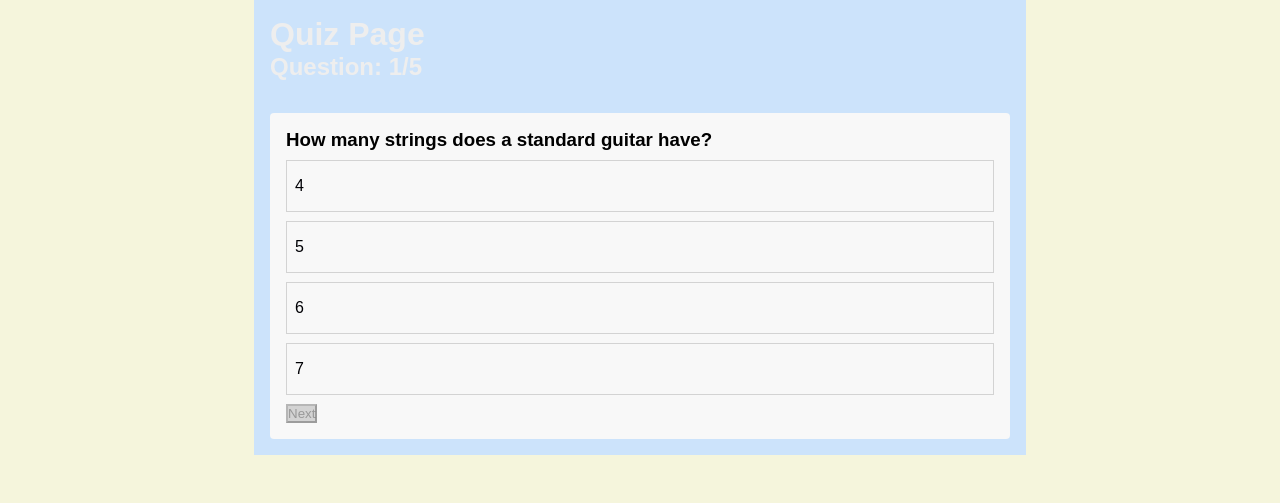
Repository: 1medi/pocketprof
Page: /quiz/page
An editor plug-in stored every save of this project. The page is shown before and after the next save, followed by the edit.
The browser window is 1280 px wide. The pictures show the whole page.
The project was rebuilt for these pictures with package versions that can differ from the ones it lists, and the page was loaded fresh each time. The framework's server and built-in components were replaced by stand-ins that run in the browser. Also part of the build but not shown: next.config.mjs.

Above is the page before, as saved 2024-04-07 00:27:28.

### pages/quiz/page.jsx
'use client';
import React, { useState } from 'react';
import { quiz } from "../data"
import styles from "./page.module.css"
import { Montserrat } from "next/font/google"
import Head from 'next/head';

const notoSans = Montserrat({
  subsets: ['latin'], // Specify any subsets, if needed
});
export default function Page() {
  const [activeQuestion, setActiveQuestion] = useState(0);
  const [selectedAnswer, setSelectedAnswer] = useState('');
  const [checked, setChecked] = useState(false);
  const [selectedAnswerIndex, setSelectedAnswerIndex] = useState(null);
  const [showResult, setShowResult] = useState(false);
  const [result, setResult] = useState({
    score: 0,
    correctAnswers: 0,
    wrongAnswers: 0,
  });

  const { questions } = quiz;
  const { question, answers, correctAnswer } = questions[activeQuestion];

  const onAnswerSelected = (answer, idx) => {
    setChecked(true);
    setSelectedAnswerIndex(idx);
    if (answer === correctAnswer) {
      setSelectedAnswer(true);
      console.log('true');
    } else {
      setSelectedAnswer(false);
      console.log('false');
    }
  };

  // Calculate score and increment to next question
  const nextQuestion = () => {
    setSelectedAnswerIndex(null);
    setResult((prev) =>
      selectedAnswer
        ? {
            ...prev,
            score: prev.score + 5,
            correctAnswers: prev.correctAnswers + 1,
          }
        : {
            ...prev,
            wrongAnswers: prev.wrongAnswers + 1,
          }
    );
    if (activeQuestion !== questions.length - 1) {
      setActiveQuestion((prev) => prev + 1);
    } else {
      setActiveQuestion(0);
      setShowResult(true);
    }
    setChecked(false);
  };

  return (
    <>
        <div className={`${styles.container}`}>
      <h1 className={styles.title}>Quiz Page</h1>
      <div>
        <h2 className={styles.activeQ}>
          Question: {activeQuestion + 1}
          <span>/{questions.length}</span>
        </h2>
      </div>
      <div>
        {!showResult ? (
          <div className={styles.quizContainer}>
            <h3 className={styles.question}>{questions[activeQuestion].question}</h3>
            {answers.map((answer, idx) => (
              <li
                key={idx}
                onClick={() => onAnswerSelected(answer, idx)}
                className={`${styles.answerList} ${selectedAnswerIndex === idx ? styles.itemSelected : styles.itemHover}`}
              >
                <span>{answer}</span>
              </li>
            ))}
            {checked ? (
              <button onClick={nextQuestion} className={styles.btn}>
                {activeQuestion === question.length - 1 ? 'Finish' : 'Next'}
              </button>
            ) : (
              <button onClick={nextQuestion} disabled className={styles.btnDisabled}>
                {' '}
                {activeQuestion === question.length - 1 ? 'Finish' : 'Next'}
              </button>
            )}
          </div>
        ) : (
          <div className={styles.quizContainer}>
            <h3 className={styles.hthree}>Results</h3>
            <h3 className={styles.hthree}>Overall {(result.score / 25) * 100}%</h3>
            <p className={styles.paragraph}>
              Total Questions: <span>{questions.length}</span>
            </p>
            <p className={styles.paragraph}>
              Total Score: <span>{result.score}</span>
            </p>
            <p className={styles.paragraph}>
              Correct Answers: <span>{result.correctAnswers}</span>
            </p>
            <p className={styles.paragraph}>
              Wrong Answers: <span>{result.wrongAnswers}</span>
            </p>
            <button className={styles.btn} onClick={() => window.location.reload()}>Restart</button>
          </div>
        )}
      </div>
    </div>
    </>

  );
};

### styles/globals.css
:root {
background-color: beige;
align-content: center;
--main-color-purple: #8E71D5;
--main-color-lightpurple: #CCBFED;
--secondary-color-blue: #9AB7F9;
--secondary-color-lightblue: #CCE3FB;

--main-font: "mont", sans-serif;


}


* {
    padding: 0;
    margin: 0;
  }

  ol,
  ul {
    list-style: none;
  }

### pages/data.js
export const quiz = {
    totalQuestions: 5,
    questions: [
      {
        id: 1,
        question: 'How many strings does a standard guitar have?',
        answers: ['4', '5', '6', '7'],
        correctAnswer: '6',
      },
      {
        id: 2,
        question: 'Which part of the guitar do you strum or pluck the strings with?',
        answers: ['Headstock', 'Fretboard', 'Body', 'Bridge'],
        correctAnswer: 'Body',
      },
      {
        id: 3,
        question: 'What is a pick used for in playing the guitar?',
        answers: ['Holding the strings down', 'Strumming or plucking the strings', 'Keeping the guitar in tune', 'San Marino'],
        correctAnswer: 'Strumming or plucking the strings',
      },
      {
        id: 4,
        question: 'What is the name of the thickest string on the guitar?',
        answers: ['A string', 'E string', 'D string', 'G string'],
        correctAnswer: 'E string',
      },
      {
        id: 5,
        question: 'Where do you place your fingers to play different notes on the guitar?',
        answers: ['On the body', 'On the headstock', 'On the strings over the fretboard', 'On the tuning pegs'],
        correctAnswer: 'On the strings over the fretboard',
      },
    ],
  };

### pages/quiz/page.module.css
.container{
    padding: 1rem;
    background-color: var(--secondary-color-lightblue);
    font-family: "Noto", sans-serif;
  }

.title,
.activeQ{
    color: #eee;
  }

  .hthree {
    padding-bottom: 2rem;
    color: #000105;
    font-size: 1.8rem;
  }

  .btn {
    padding: 16px 8px;
    width: 100%;
    margin-top: 12px;
    font-size: 1rem;
    border-radius: 4px;
    cursor: pointer;
    background-color: #808080;
    color: #f8f8f8;
  }

  .btnDisabled {
    background-color: lightgray;
  }

  .answerList {
    list-style-type: none;
    cursor: pointer;
    margin: 9px 0;
    padding: 16px 8px;
    color: #000105;
    border: 1px solid lightgray;
  }

  .itemHover:hover {
    background-color: #d8d8d8;
    columns: #fff;
  }

  .itemSelected {
    color: #fff;
    background-color: #000925;
  }

  .container {
    max-width: 740px;
    width: 100%;
    margin: auto;
    padding: 1rem;
  }

  .quizContainer {
    background-color: #f8f8f8;
    padding: 1rem;
    margin-top: 2rem;
    border-radius: 4px;
  }

  .paragraph {
    padding: 8px 0;
  }

Loaded but not shown: pages/_app.js (common file); pages/_document.js (common file)

After the next save:
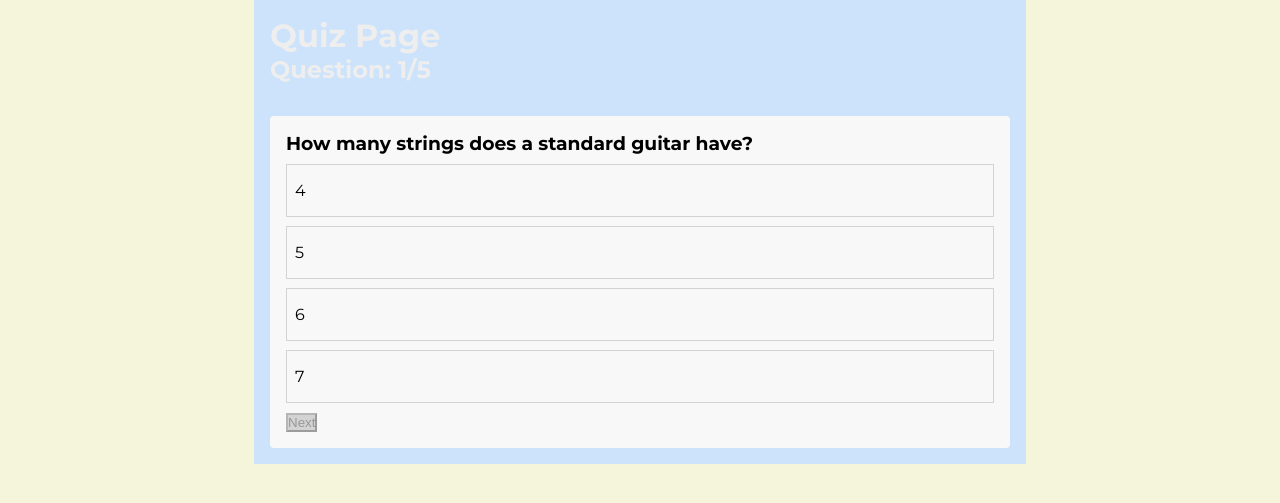
Saved 5 s later.
--- a/pages/quiz/page.module.css
+++ b/pages/quiz/page.module.css
@@ -1,7 +1,7 @@
 .container{
     padding: 1rem;
     background-color: var(--secondary-color-lightblue);
-    font-family: "Noto", sans-serif;
+    font-family: "Montserrat", sans-serif;
   }
 
 .title,

After the save that followed:
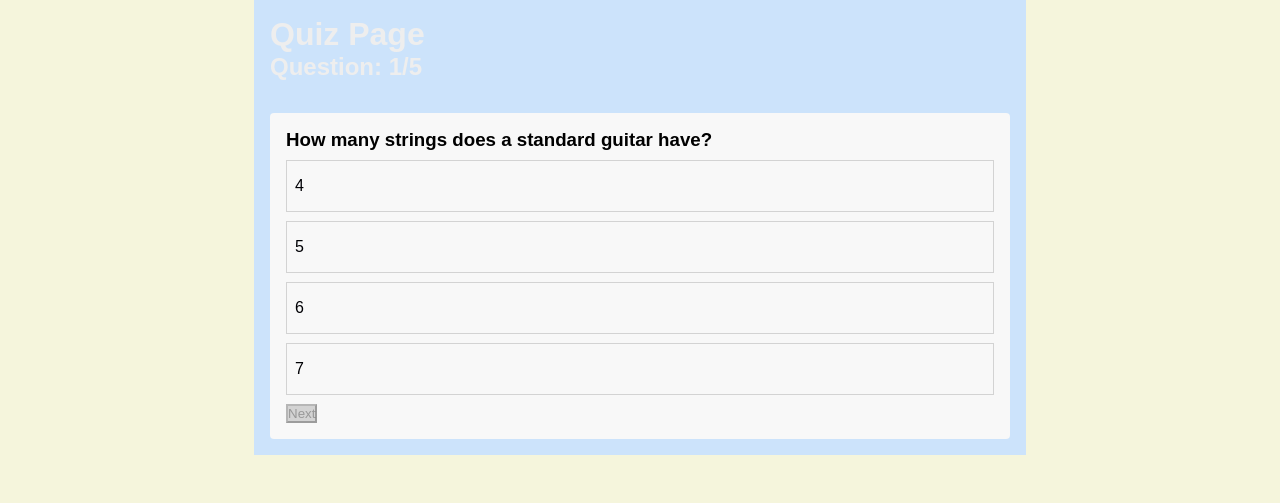
Saved 18 s later.
--- a/pages/quiz/page.module.css
+++ b/pages/quiz/page.module.css
@@ -1,7 +1,7 @@
 .container{
     padding: 1rem;
     background-color: var(--secondary-color-lightblue);
-    font-family: "Montserrat", sans-serif;
+    font-family: "Noto", sans-serif;
   }
 
 .title,
